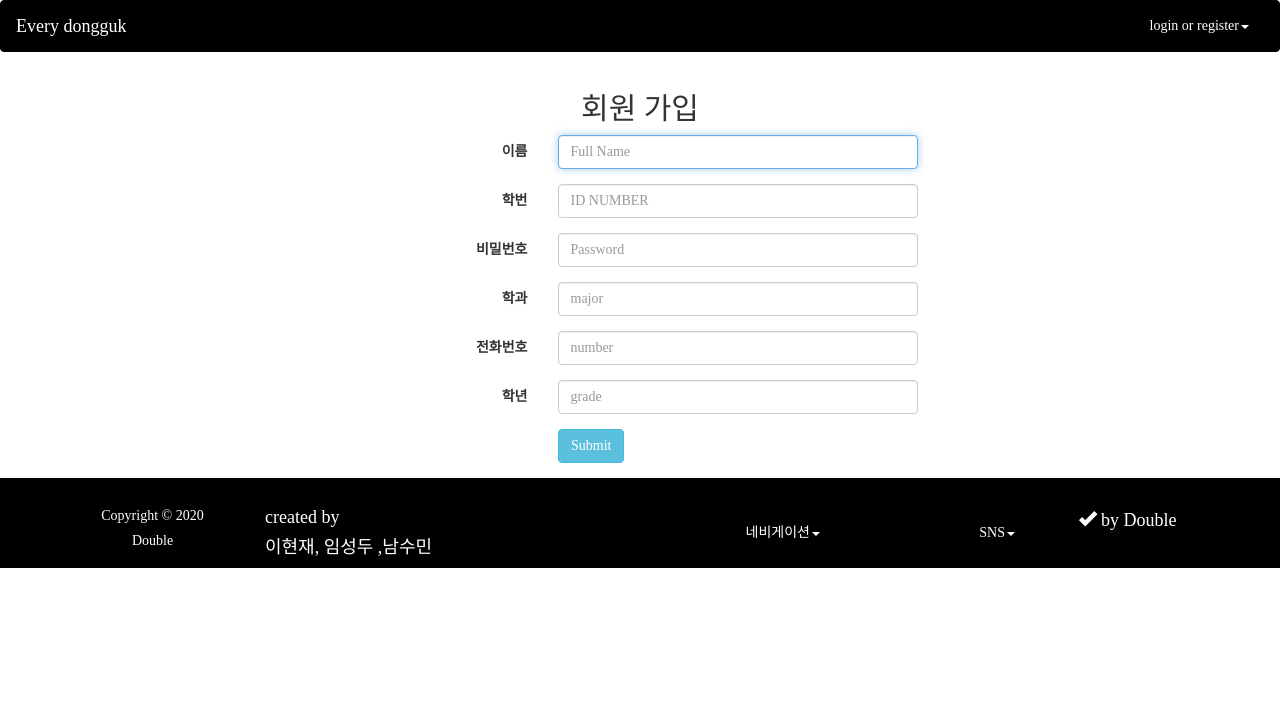
Repository: CSID-DGU/2020-1-ESCD-DOUBLE
Page: http://localhost/web/WEB-INF/views/register/registerForm.jsp
An editor plug-in stored every save of this project. The page is shown before and after the next save, followed by the edit.
The browser window is 1280 px wide. The pictures show the whole page.
Some web fonts or font styles are not loaded; a fallback is used. Some web libraries are served in a nearby version. The page is served by Tomcat 9. Nobody is signed in. Other server files are loaded and not shown. The template is opened directly, without the code that normally fills it, so the values that code supplies are empty.

Above is the page before, as saved 2020-05-10 14:22:30.

### web/src/main/webapp/WEB-INF/views/register/registerForm.jsp
<%@ page language="java" contentType="text/html; charset=EUC-KR"
    pageEncoding="EUC-KR"%>
<!DOCTYPE html>
<html>
<head>
<meta charset="EUC-KR">
<title>Insert title here</title>
<link rel="stylesheet" href="resources/css/bootstrap.css">
<link rel="stylesheet" href="resources/css/customize.css">
<link rel="stylesheet" href="resources/css/template.css">
</head>
<body>
<script src="https://code.jquery.com/jquery-3.1.1.min.js"></script>
<script src="resources/js/bootstrap.js"></script>

<style type="text/css">


</style>

<%@include file="../template/header.jsp"%>







<div class="container text-center text-center">
            <form class="form-horizontal" role="form"action="register_ok" method="post">
              <center>  <h2>회원 가입</h2>  </center>


				<div class="form-group" >
                    <label for="lastName" class="col-sm-5 control-label">이름</label>
                    <div class="col-sm-4">
                        <input type="text" id="firstName" name="Sname" placeholder="Full Name" class="form-control" autofocus>

                    </div>
                </div>
				<div class="form-group">
                    <label for="ID Number" class="col-sm-5 control-label">학번</label>
                    <div class="col-sm-4">
                        <input type="text" id="firstName" name="Sid" placeholder="ID NUMBER" class="form-control" autofocus>

                    </div>
                </div>

                <div class="form-group">
                    <label for="password" class="col-sm-5 control-label">비밀번호</label>
                    <div class="col-sm-4">
                        <input type="password" id="password" name="Spw" placeholder="Password" class="form-control">
                    </div>
                </div>

                <div class="form-group">
                    <label for="password" class="col-sm-5 control-label">학과</label>
                    <div class="col-sm-4">
                        <input type="text" id="password" name="Smajor" placeholder="major" class="form-control">
                    </div>
                </div>

                <div class="form-group">
                    <label for="password" class="col-sm-5 control-label">전화번호</label>
                    <div class="col-sm-4">
                        <input type="text" id="password" name="Snum" placeholder="number" class="form-control">
                    </div>
                </div>

                <div class="form-group">
                    <label for="password" class="col-sm-5 control-label">학년</label>
                    <div class="col-sm-4">
                        <input type="text" id="password" name="Sgrade" placeholder="grade" class="form-control">
                    </div>
                </div>

                <div class="form-group">
                    <div class="col-md-5 col-sm-offset-3">
                        <button type="submit" class="btn btn-info">Submit</button>
                    </div>
                </div>
            </form> <!-- /form -->
        </div> <!-- ./container -->










<%@include file="../template/footer.jsp"%>
</body>
</html>

### web/src/main/webapp/WEB-INF/views/template/header.jsp
<%@ page language="java" contentType="text/html; charset=EUC-KR"
    pageEncoding="EUC-KR"%>
<!DOCTYPE html>
<html>
<head>
<meta charset="EUC-KR">
<title>Insert title here</title>
<link rel="stylesheet" href="resources/css/bootstrap.css">
<link rel="stylesheet" href="resources/css/customize.css">
</head>
<body>
<script src="https://code.jquery.com/jquery-3.1.1.min.js"></script>
<script src="resources/js/bootstrap.js"></script>
<%@taglib prefix= "c" uri= "http://java.sun.com/jsp/jstl/core" %>
<nav class="navbar navbar-default">
	<div class="container-fluid">

		<div class="navbar-header">
			<button type="button" class="navbar-toggle collapsed" data-toggle="collapse"
			data-target="#bs-example-navbar-collapse-1" aria-expanded="false"><!-- 크기를 줄였을때 나타나는 버튼 -->
				<span class="sr-only"></span>
				<span class="icon-bar"></span>
				<span class="icon-bar"></span>
				<span class="icon-bar"></span>
			</button>
			<a class="navbar-brand" href="index">Every dongguk</a>
		</div>

		<div class="collapse navbar-collapse" id="bs-example-navbar-collapse-1"><!-- 네비 중간 대부분을 차지함 -->

			<ul class="nav navbar-nav navbar-right">
				<li class="dropdown">
					<a href="#" class="dropdown-toggle" data-toggle="dropdown" role="button"
					aria-haspopup="true" aria-expanded="false"><c:if test="${empty Sid }">login or register</c:if><c:if test="${not empty Sid }">${Sid } 님 환영합니다.</c:if><span class="caret"></span></a>
					<ul class="dropdown-menu">

					<c:choose>
					<c:when test="${empty Sid }">
						<li><a href="login_form">로그인</a></li>
						<li><a href="register_form">회원가입</a></li>
					</c:when>
					<c:otherwise>
						<li><a href="logout">로그아웃</a></li>
						<li><a href="mypage">마이페이지(${Sid})</a></li>
						</c:otherwise>
						</c:choose>

					</ul>

				</li>
			</ul>

		</div>
	</div>
</nav>



</body>
</html>

### web/src/main/webapp/WEB-INF/views/template/footer.jsp
<%@ page language="java" contentType="text/html; charset=EUC-KR"
    pageEncoding="EUC-KR"%>
<!DOCTYPE html>
<html>
<head>
<meta charset="EUC-KR">
<title>Insert title here</title>
<link rel="stylesheet" href="resources/css/bootstrap.css">
<link rel="stylesheet" href="resources/css/customize.css">

</head>
<body>
<script src="https://code.jquery.com/jquery-3.1.1.min.js"></script>
<script src="resources/js/bootstrap.js"></script>

<style type="text/css">
#footul ,#footul2{
color:white;}
#footul:hover ,#footul2:hover{

background-color:black;


}
#footul:focus,#footul2:hover{
background-color:black;}

</style>

<footer style="background-color: #000000;color:#ffffff">
	<div class="container">
		<br>
		<div class="row">
			<div class="col-sm-2" style="text-align: center;"><h5>Copyright &copy; 2020</h5><h5>Double </h5></div>
			<div class="col-sm-4"><h4>created by<h4><p>이현재, 임성두 ,남수민</p></div>
			<div class="col-sm-2"><h4 style="text-align:center;"></h4>

						<ul class="nav navbar-nav navbar-right">
				<li class="dropdown">
					<a href="#" class="dropdown-toggle" data-toggle="dropdown" role="button"
					aria-haspopup="true" aria-expanded="false" id="footul">네비게이션<span class="caret"></span></a>
					<ul class="dropdown-menu">
						<li><a href="#">냐옹</a></li>
						<li><a href="#">멍멍</a></li>
					</ul>

				</li>
			</ul>
			</div>
			<div class="col-sm-2"><h4 style="text-align:center;"></h4>



							<ul class="nav navbar-nav navbar-right">
				<li class="dropdown">
					<a href="#" class="dropdown-toggle" data-toggle="dropdown" role="button"
					aria-haspopup="true" aria-expanded="false" id="footul2">SNS<span class="caret"></span></a>
					<ul class="dropdown-menu">
						<li><a href="#">뭔가 개발자 이메일 보내기?</a></li>
						<li><a href="#">뭐 그런거...</a></li>
					</ul>

				</li>
			</ul>

			</div>
			<div class="col-sm-2"><h4 style="text-align:center;"><span class="glyphicon glyphicon-ok"></span>&nbsp;by Double</h4></div>
	</div>


</div>
</footer>


</body>
</html>

### web/src/main/webapp/resources/css/customize.css
@import url(http://fonts.googleapis.com/earlyaccess/nanumgothic.css);
*{font-family:'Nanum Gothic';}
a{
	color:#000000;
	text-decoration:none;
}
a:hover{
	color:#bbbbbb;
	text-decoration:none;
	cursor:pointer;
}
.navbar-default{/*까만색!*/
	background-color:#000000;
	border-color:#000000;
}
.navbar-default .navbar-brand{
	color:#ffffff;/*하얀색!*/
}
.navbar-default .navbar-brand:hover,
.navbar-default .navbar-brand:focus{
	background-color:transparent;
	color:#bbbbbb;
}
.navbar-default .navbar-nav> .active>a,
.navbar-default .navbar-nav> .active>a:hover,
.navbar-default .navbar-nav> .active>a:focus{
	color:white;
	background-color:#000000;
}
.navbar-default .navbar-nav> li>a:hover,
.navbar-default .navbar-nav> li>a:focus{
	color:#bbbbbb;
}
.navbar-default .navbar-nav> .open>a,
.navbar-default .navbar-nav> .open>a:hover,
.navbar-default .navbar-nav> .open>a:focus{
	color:#000000;
	background-color:#ffffff;
	text-decoration:none;
}
.navbar-default .navbar-nav>li>a{
	color:white;
}
@media(max-width:767px){
	.navbar-default .navbar-nav .open .dropdown-menu>li>a{
	color:#ffffff;}
	.navbar-default .navbar-nav .open .dropdown-menu>li>a:hover,
	.navbar-default .navbar-nav .open .dropdown-menu>li>a:focus{
	color:#bbbbbb;}

}

### web/src/main/webapp/resources/css/template.css
@charset "UTF-8";

.footer {

position: absolute;
left: 0;
bottom: 0;
width: 100%;
text-align: center;
color: white;
}

Loaded but not shown: web/src/main/webapp/resources/css/bootstrap.css (library); web/src/main/webapp/resources/js/bootstrap.js (library)

After the next save:
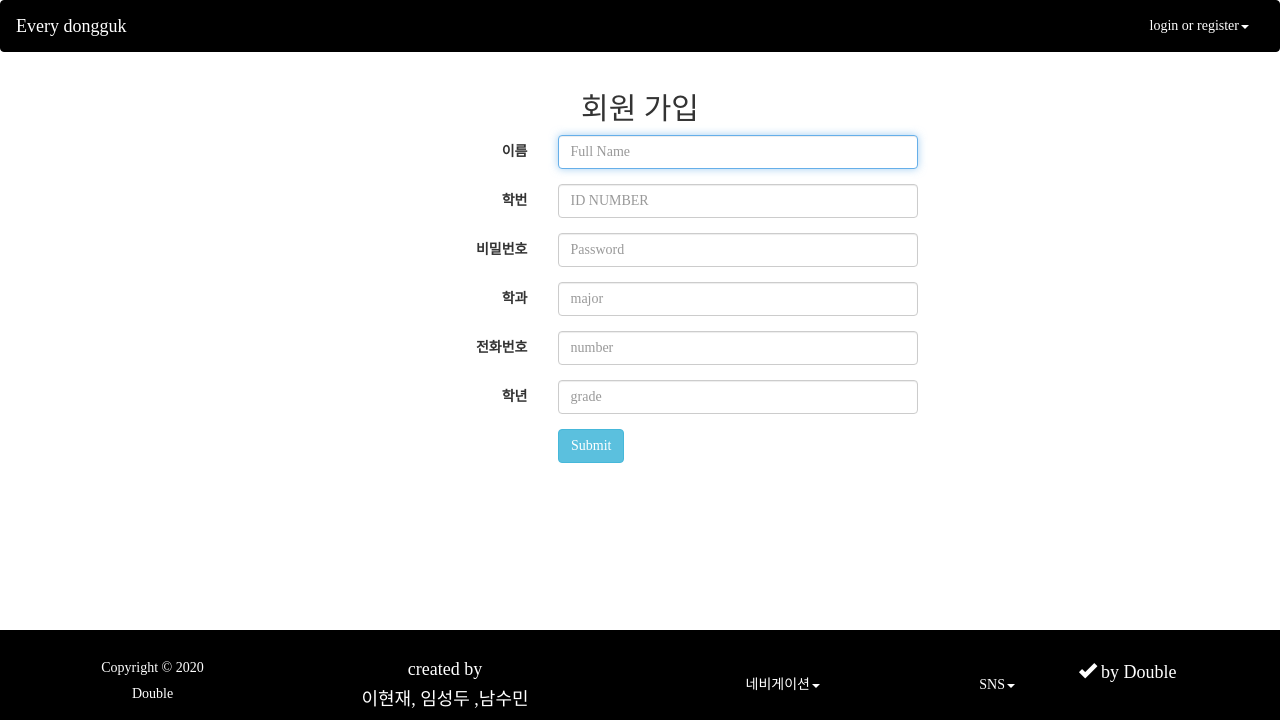
Saved 47 s later.
--- a/web/src/main/webapp/WEB-INF/views/register/registerForm.jsp
+++ b/web/src/main/webapp/WEB-INF/views/register/registerForm.jsp
@@ -90,7 +90,7 @@
 
 
 
-
-<%@include file="../template/footer.jsp"%>
+<div class="footer">
+<%@include file="../template/footer.jsp"%></div>
 </body>
 </html>
